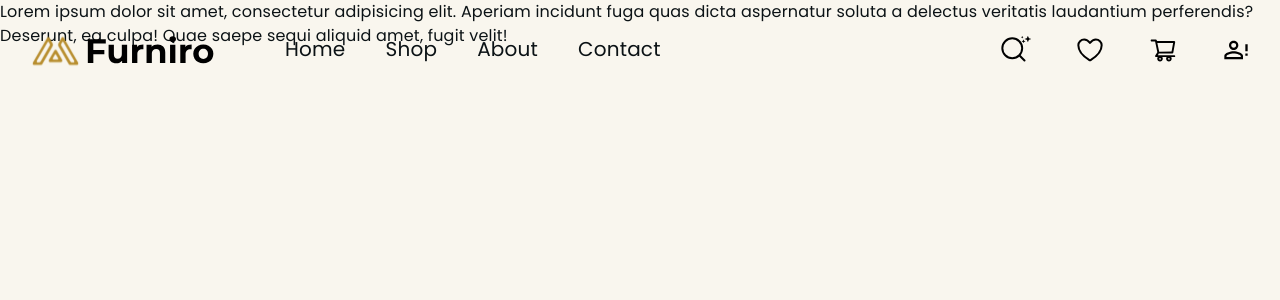
Repository: binhphanbp/furniro-interior_website
Page: index.html
The author's editor kept a copy of each file at every save. The page is drawn from the files as they stood at one save, then again after the next save.
The browser window is 1280 px wide. The pictures show the whole page.

Above is the page before, as saved 2025-02-19 23:28:35.

After the next save:
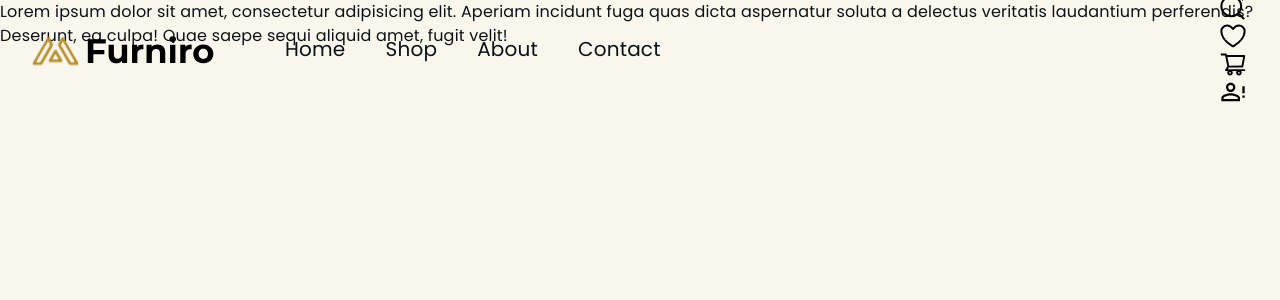
Saved 9 s later.
--- a/src/assets/styles/components/header.css
+++ b/src/assets/styles/components/header.css
@@ -38,6 +38,7 @@
   -ms-transition: var(--duration);
   -o-transition: var(--duration);
 }
+.header .header__menu .header__menu-list li a::after
 
 /* Header Icons */
 .header .header__icons {

After the save that followed:
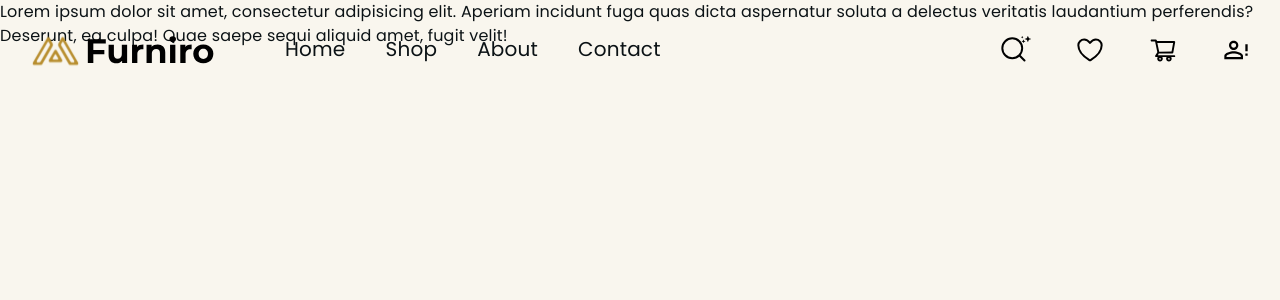
Saved 6 s later.
--- a/src/assets/styles/components/header.css
+++ b/src/assets/styles/components/header.css
@@ -38,7 +38,8 @@
   -ms-transition: var(--duration);
   -o-transition: var(--duration);
 }
-.header .header__menu .header__menu-list li a::after
+.header .header__menu .header__menu-list li a::after {
+}
 
 /* Header Icons */
 .header .header__icons {
